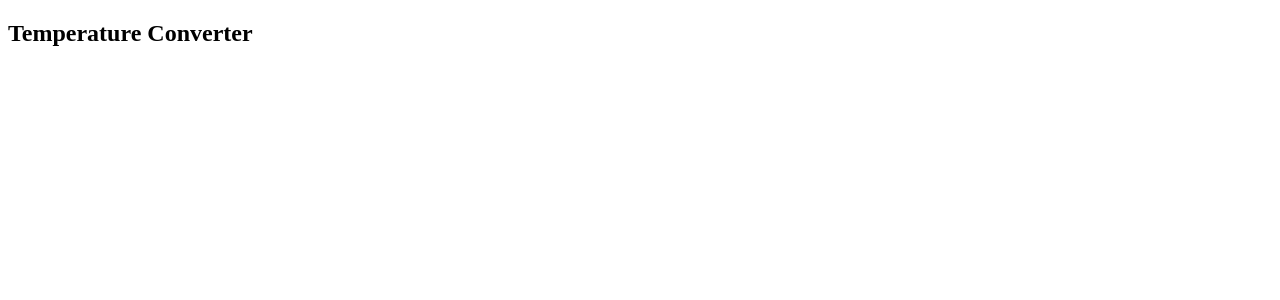
Repository: JunaidAnsari202/Temperature-Converter
Page: index.html
These files come from the project's save history. The page is drawn as it stood at one moment and after a run of saves; the edit follows.
The browser window is 1280 px wide. The pictures show the whole page.

Above is the page before, as saved 2024-10-16 10:56:46.
Not found: script,js

### index.html
<!DOCTYPE html>
<html lang="en">
<head>
    <meta charset="UTF-8">
    <meta name="viewport" content="width=device-width, initial-scale=1.0">
    <title>Temperatue converter</title>
    <link rel="stylesheet" href="style.css">
</head>
<body>
  <div class="container">
    <div class="header">
        <h2>Temperature Converter</h2>
    </div>
  </div>
  <div class="input">
    <label for="input1"></label>
  </div>
  <div class="input"></div>
  <div class="input"></div>
    <script src="script,js"></script>
</body>
</html>

Loaded but not shown: style.css (no copy from this time; the picture is the same without it)

After the next 14 saves:
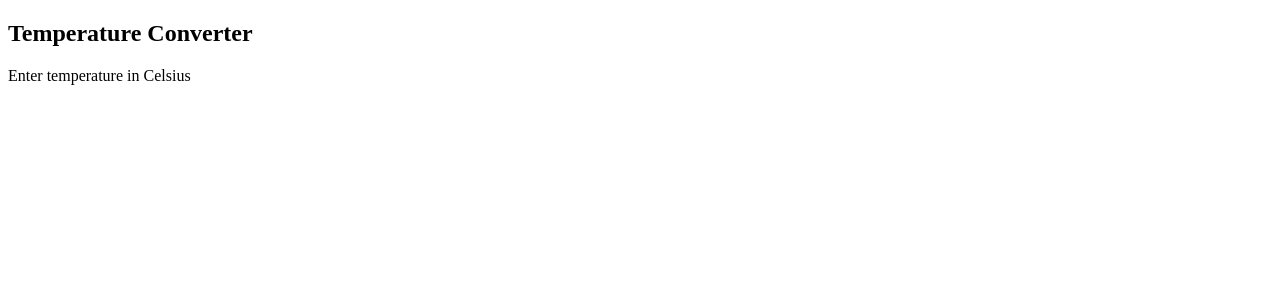
The 14 saves are shown as one change because they came seconds apart.
The last was saved 23 s later.
--- a/index.html
+++ b/index.html
@@ -13,7 +13,9 @@
     </div>
   </div>
   <div class="input">
-    <label for="input1"></label>
+    <label for="input1">
+        Enter temperature in Celsius
+    </label>
   </div>
   <div class="input"></div>
   <div class="input"></div>
